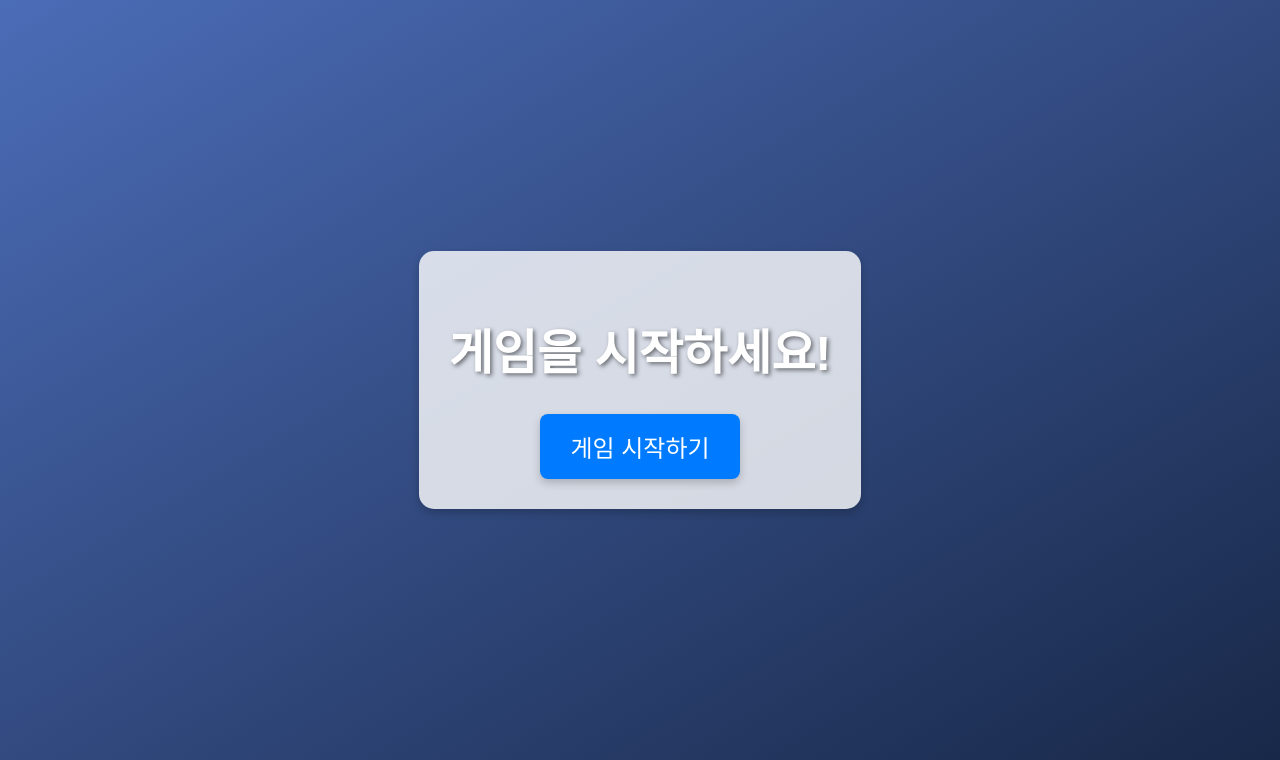
Repository: ksw824/MiniProject_SelectGame
Page: http://localhost/jwbook/miniProject/index.jsp
An editor plug-in stored every save of this project. The page is shown before and after the next save, followed by the edit.
The browser window is 1280 px wide. The pictures show the whole page.
The page is served by Tomcat 10. Nobody is signed in. The application's start-up code is not run. Other server files are loaded and not shown.

Above is the page before, as saved 2024-05-31 01:08:54.

### jwbook/src/main/webapp/miniProject/index.jsp
<%@ page language="java" contentType="text/html; charset=UTF-8"
    pageEncoding="UTF-8"%>
<!DOCTYPE html>
<html>
<head>
    <meta charset="UTF-8">
    <title>미니게임</title>
    <style>
        body {
            background-image: linear-gradient(to bottom right, #4b6cb7, #182848);
            font-family: 'Arial', sans-serif;
            display: flex;
            flex-direction: column;
            justify-content: center;
            align-items: center;
            height: 100vh;
            margin: 0;
            padding: 20px;
        }

        h1 {
            color: #fff;
            font-size: 3em;
            margin-bottom: 30px;
            text-shadow: 2px 2px 4px rgba(0, 0, 0, 0.5);
        }

        a {
            display: inline-block;
            text-decoration: none;
            color: white;
            background-color: #007BFF;
            padding: 15px 30px;
            font-size: 1.5em;
            border-radius: 8px;
            transition: background-color 0.3s ease;
            box-shadow: 0 4px 8px rgba(0, 0, 0, 0.2);
        }

        a:hover {
            background-color: #0056b3;
        }

        .container {
            background-color: rgba(255, 255, 255, 0.8);
            padding: 30px;
            border-radius: 15px;
            box-shadow: 0 4px 8px rgba(0, 0, 0, 0.2);
            text-align: center;
        }
    </style>
</head>
<body>
    <div class="container">
        <h1>게임을 시작하세요!</h1>
        <a href="GameView.jsp">게임 시작하기</a>
    </div>
</body>
</html>

After the next save:
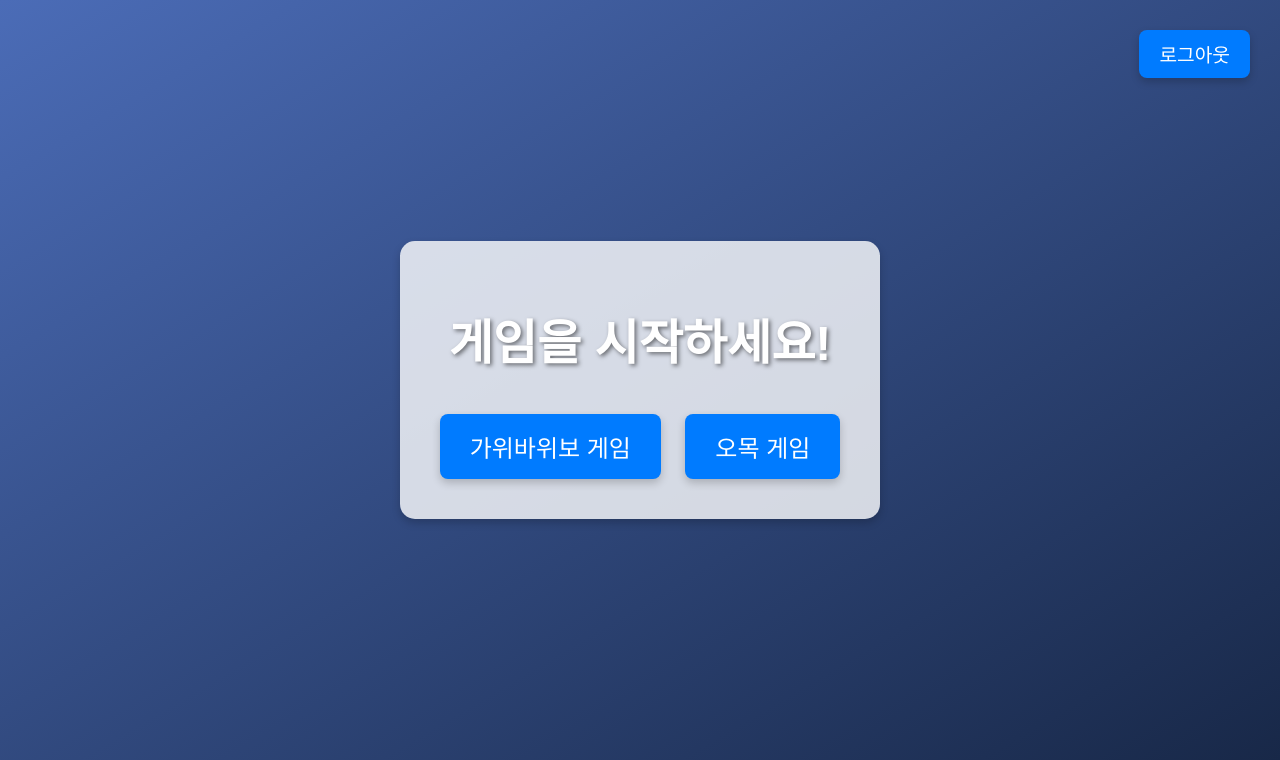
Saved 16 s later.
--- a/jwbook/src/main/webapp/miniProject/index.jsp
+++ b/jwbook/src/main/webapp/miniProject/index.jsp
@@ -1,4 +1,86 @@
 <%@ page language="java" contentType="text/html; charset=UTF-8"
+    pageEncoding="UTF-8"%>
+<!DOCTYPE html>
+<html>
+<head>
+    <meta charset="UTF-8">
+    <title>Select Game</title>
+    <style>
+        body {
+            background-image: linear-gradient(to bottom right, #4b6cb7, #182848);
+            font-family: 'Arial', sans-serif;
+            display: flex;
+            flex-direction: column;
+            justify-content: center;
+            align-items: center;
+            height: 100vh;
+            margin: 0;
+            padding: 20px;
+        }
+
+        h1 {
+            color: #fff;
+            font-size: 3em;
+            margin-bottom: 30px;
+            text-shadow: 2px 2px 4px rgba(0, 0, 0, 0.5);
+        }
+
+        .home-button {
+            position: absolute;
+            top: 20px;
+            right: 20px;
+            text-decoration: none;
+            color: white;
+            font-size: 1.2em;
+            padding: 10px 20px;
+            background-color: #007BFF;
+            border-radius: 8px;
+            transition: background-color 0.3s ease;
+        }
+
+        .home-button:hover {
+            background-color: #0056b3;
+        }
+
+        a {
+            display: inline-block;
+            text-decoration: none;
+            color: white;
+            background-color: #007BFF;
+            padding: 15px 30px;
+            font-size: 1.5em;
+            border-radius: 8px;
+            transition: background-color 0.3s ease;
+            box-shadow: 0 4px 8px rgba(0, 0, 0, 0.2);
+            margin: 10px; /* 추가: 버튼 사이 간격을 위해 여백 추가 */
+        }
+
+        a:hover {
+            background-color: #0056b3;
+        }
+
+        .container {
+            background-color: rgba(255, 255, 255, 0.8);
+            padding: 30px;
+            border-radius: 15px;
+            box-shadow: 0 4px 8px rgba(0, 0, 0, 0.2);
+            text-align: center;
+        }
+    </style>
+</head>
+<body>
+    <a class="home-button" href="startPage.jsp">로그아웃</a>
+    <div class="container">
+        <h1>게임을 시작하세요!</h1>
+        <a href="GameView.jsp">가위바위보 게임</a>
+        <a href="Gomoku.jsp">오목 게임</a>
+    </div>
+</body>
+</html>
+
+
+
+<%-- <%@ page language="java" contentType="text/html; charset=UTF-8"
     pageEncoding="UTF-8"%>
 <!DOCTYPE html>
 <html>
@@ -57,3 +139,4 @@
     </div>
 </body>
 </html>
+ --%>
